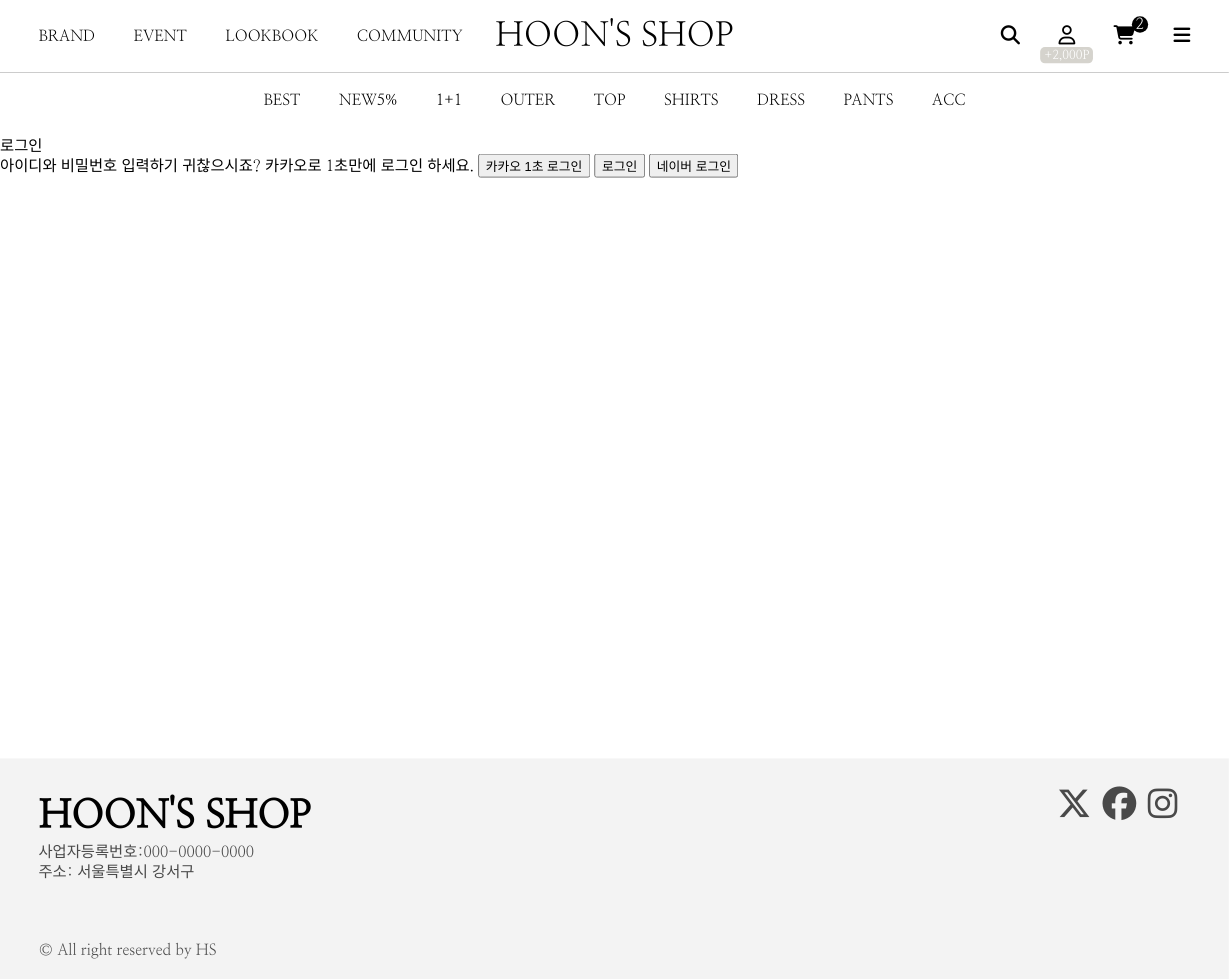
Repository: Iimchaehoon/cafeProject
Page: login.html
The author's editor kept a copy of each file at every save. The page is drawn from the files as they stood at one save, then again after the next save.
The browser window is 1280 px wide. The pictures show the whole page, at 96% of full size.
Some web libraries are served in a nearby version.

Above is the page before, as saved 2024-07-28 23:54:04.

After the next save:
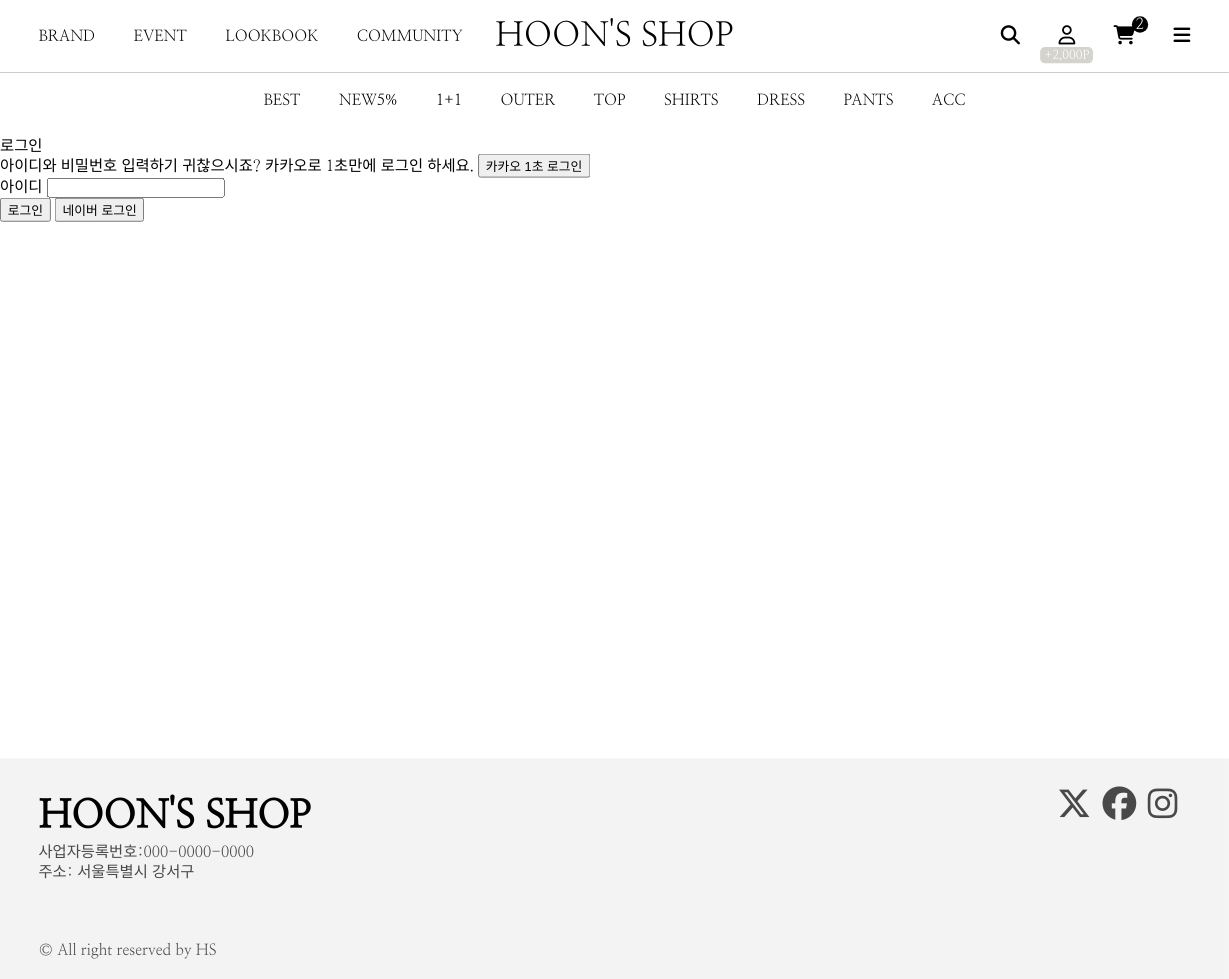
Saved 2 min 30 s later.
--- a/login.html
+++ b/login.html
@@ -60,8 +60,14 @@
       <span class="login__text">아이디와 비밀번호 입력하기 귀찮으시죠?</span>
       <span class="login__text">카카오로 1초만에 로그인 하세요.</span>
       <button class="login__btn login__btn-kakao">카카오 1초 로그인</button>
-      <button class="login__btn login__btn-kakao">로그인</button>
-      <button class="login__btn login__btn-kakao">네이버 로그인</button>
+      <form class="login__form">
+        <label for="">
+          <span>아이디</span>
+          <input type="text" />
+        </label>
+      </form>
+      <button class="login__btn">로그인</button>
+      <button class="login__btn login__btn-naver">네이버 로그인</button>
     </div>
     <!-- footer -->
     <footer class="footer">
